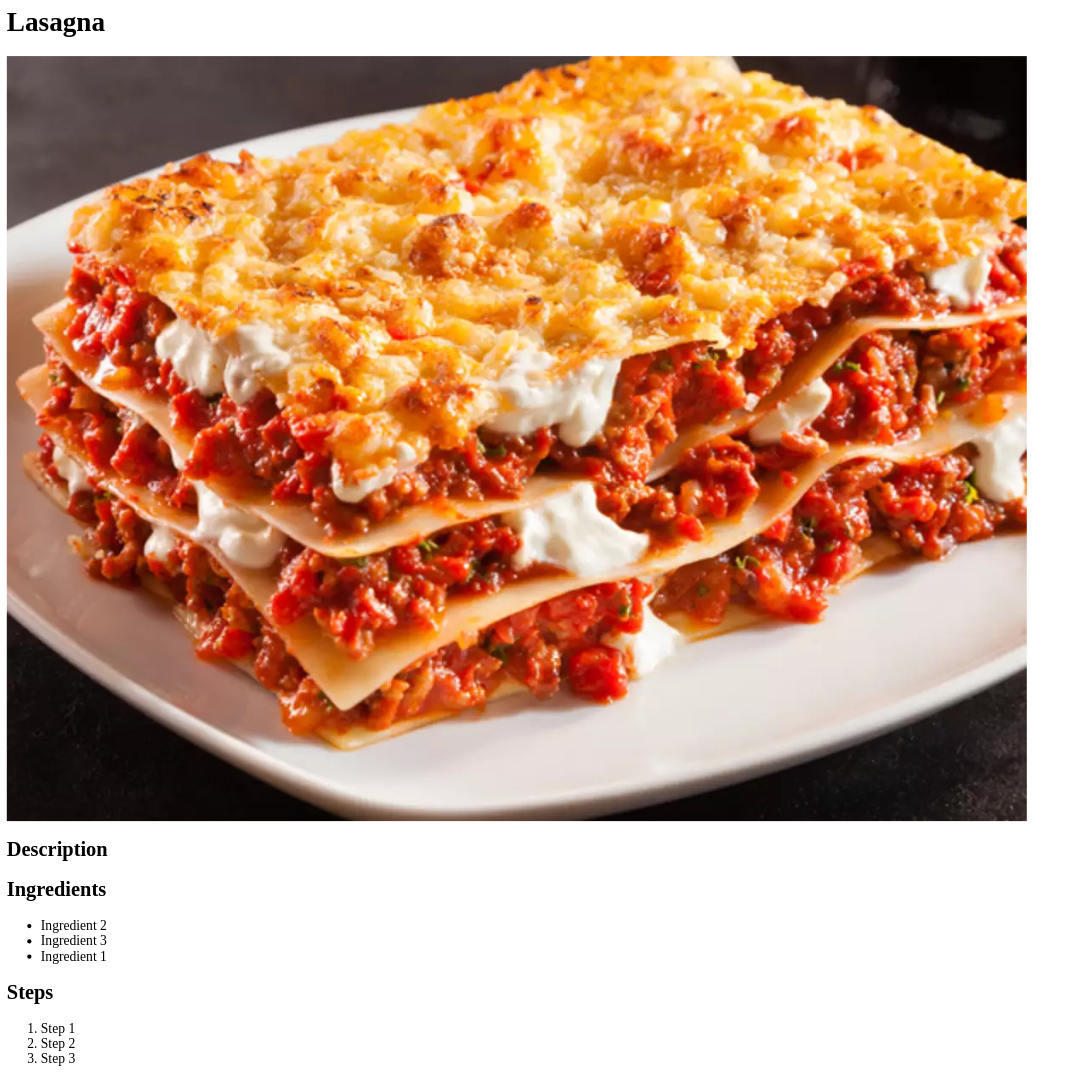
Repository: Pafestivo/odin-recipes
Page: recipes/lasagna.html
The author's editor kept a copy of each file at every save. The page is drawn from the files as they stood at one save, then again after the next save.
The browser window is 1280 px wide. The pictures show the whole page, at 85% of full size.

Above is the page before, as saved 2022-09-24 09:52:04.

After the next save:
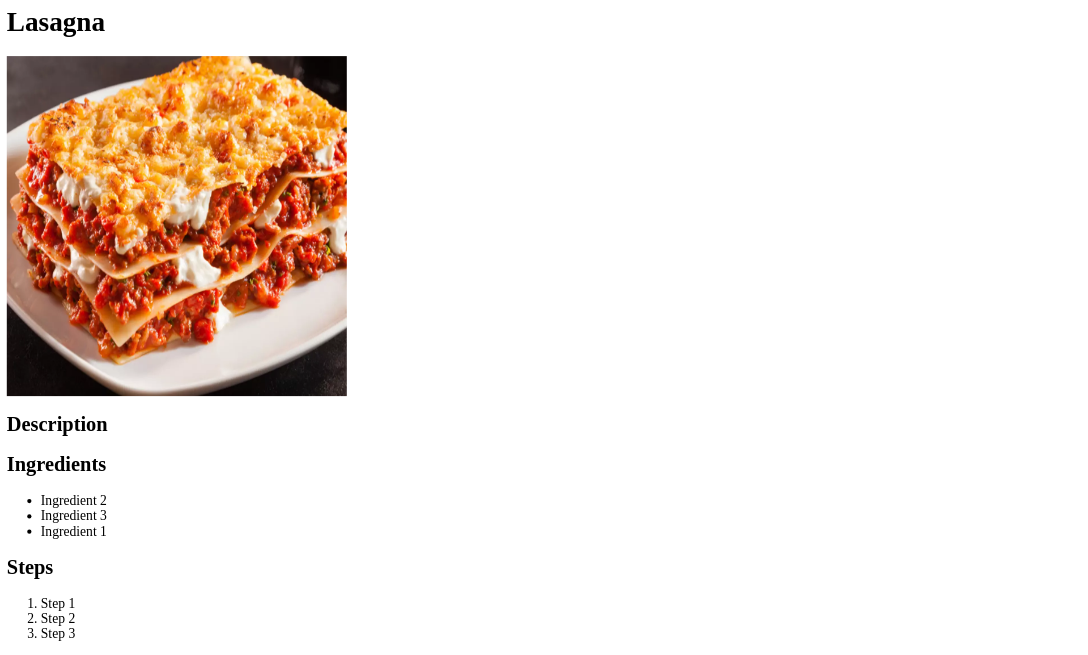
Saved 3 min 30 s later.
--- a/recipes/lasagna.html
+++ b/recipes/lasagna.html
@@ -2,6 +2,8 @@
 <img
 src="../images/lasagna.jpg"
 alt="An image of lasagna"
+width="400"
+height="400"
 />
 <h2>Description</h2>
 
